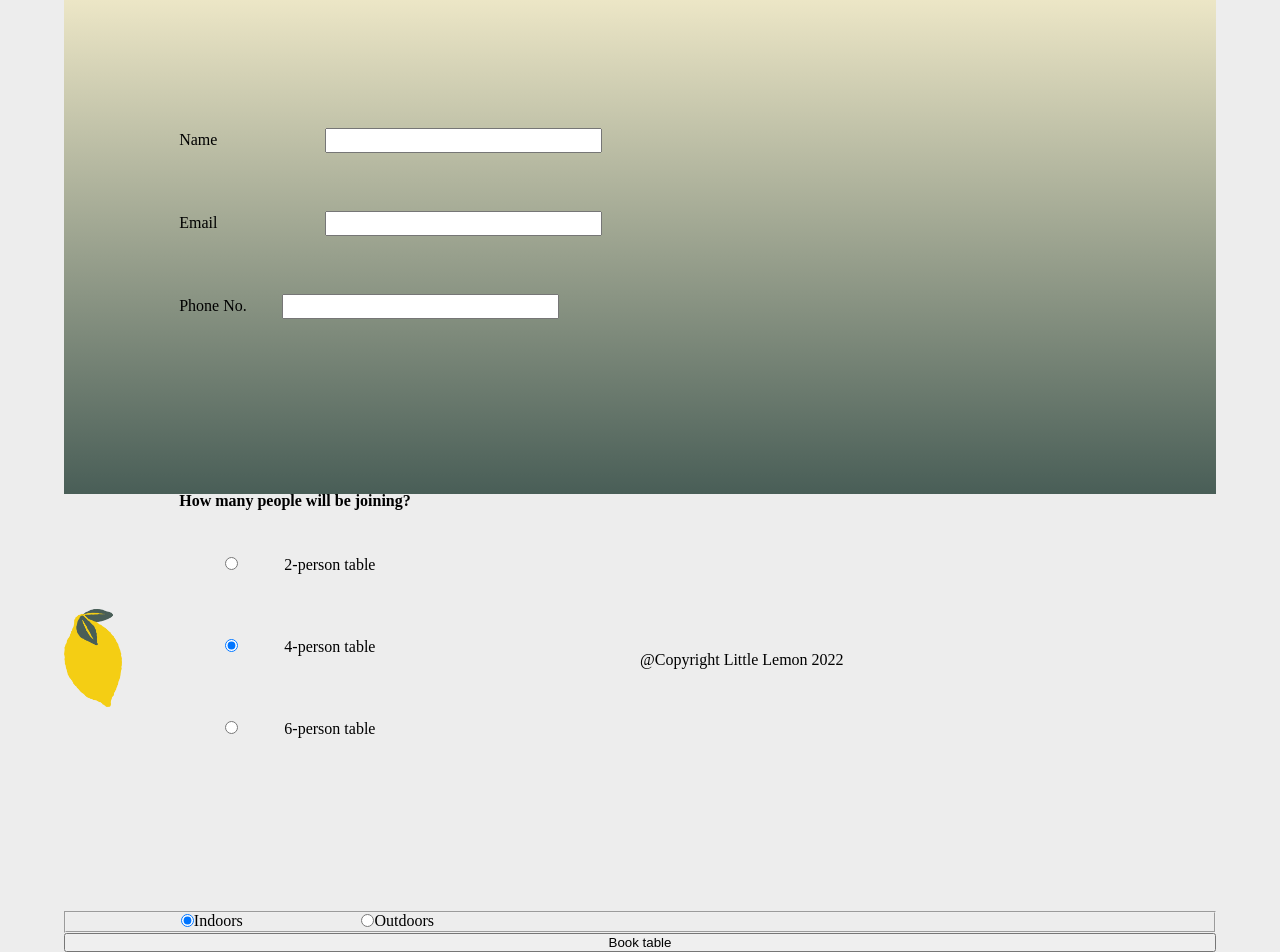
Repository: klone007/littleLemon
Page: index.html
These files come from the project's save history. The page is drawn as it stood at one moment and after a run of saves; the edit follows.
The browser window is 1280 px wide. The pictures show the part of the page from y = 3473 to 4425 px (the page is 4425 px tall).
A picture or video elsewhere on the page could not be fetched, so the positions and the page height are approximate. Backgrounds fixed to the window are drawn as part of the page.

Above is the page before, as saved 2022-11-17 13:37:45.

### index.html
<!DOCTYPE html>
<html lang="en">
<head>
    <meta charset="UTF-8">
    <meta http-equiv="X-UA-Compatible" content="IE=edge">
    <meta name="viewport" content="width=device-width, initial-scale=1.0">
    <title>Little Lemon</title>
    <meta name="author" content="Owned by Maria & Jason">
    <meta name="description" content="Little lemon restaurant">

    <link rel="stylesheet" href="./styles.css">
    <link rel="stylesheet" href="./docs/flickity.css" media="screen">
</head>
<body>
    <script src="./docs/flickity.pkgd.min.js"></script>

<nav class="top-nav navbar-fixed-top">
    <header>
        <a href="#Home">
            <img src="./img/Asset 20@4x.png" alt="logo" />
        </a>
    </header>
    <input id="menu-toggle" type="checkbox" />
    <label class='menu-button-container' for="menu-toggle">
    <div class='menu-button'></div>
  </label>
    <ul class="menu">
        <li><a href="#Home">Home</a></li>
        <li><a href="#Menu">Menu</a></li>
        <li><a href="#mainBook">Book</a></li>
        <li><a href="#About">About</a></li>
    </ul>
</nav>


    <main>
        <h1 id="Home">Our Featured</h1>
        <section class="gallery js-flickity" data-flickity-options='{ "wrapAround": true }'>
            <div class="gallery-cell">
                <img src="https://external-content.duckduckgo.com/iu/?u=https%3A%2F%2Fwww.sightseeingtoursitaly.com%2Fwp-content%2Fuploads%2F2019%2F06%2FFamous-Italian-dishes.jpg&f=1&nofb=1&ipt=5f17ed8798b09670346a59e0c6dda9133987f1fbc826aab0525b9c7dfd5eefc6&ipo=images" alt="" loading="lazy" />
            </div>
            <div class="gallery-cell">
                <img src="https://external-content.duckduckgo.com/iu/?u=https%3A%2F%2Fcdn.websites.hibu.com%2F42205d4164494aec9952633686609fc8%2Fdms3rep%2Fmulti%2Fshutterstock_1048781273.jpg&f=1&nofb=1&ipt=9319afd718bb88107d86b2624e313065a7d3a600e22631227c980300d2d9ea5e&ipo=images" alt="" loading="lazy" />
            </div>
            <div class="gallery-cell">
                <img src="https://external-content.duckduckgo.com/iu/?u=https%3A%2F%2Fdianashealthyliving.com%2Fwp-content%2Fuploads%2F2019%2F09%2FItalian-food-Depositphotos_.jpg&f=1&nofb=1&ipt=6b3899b664b8c8aa324edf4a5f0cf548525f48ccb5f7a4fc71eac060adbfea16&ipo=images" alt="" loading="lazy" />
            </div>
            <div class="gallery-cell">
                <img src="https://external-content.duckduckgo.com/iu/?u=https%3A%2F%2Fwww.lux-review.com%2Fwp-content%2Fuploads%2F2020%2F03%2FPasta-1.jpg&f=1&nofb=1&ipt=236038c1ddcf4aa03c9a1fd1d1489bc57e1f28b597d5af0d285d39a5f3813c10&ipo=images" alt="" />
            </div>
            <div class="gallery-cell">
                <img src="https://external-content.duckduckgo.com/iu/?u=https%3A%2F%2Fthepointsguy.co.uk%2Fwp-content%2Fuploads%2F2020%2F09%2FGettyImages-599272840.jpg&f=1&nofb=1&ipt=aed47e269af3bf5fa11b8c201e77a3612dee3b5e70cd9f18d9500c28e0df9f67&ipo=images" alt="" loading="lazy" />
            </div>
        </section>

        <h1 id="Menu">Menu</h1>
        <section id="mainMenu">
            <article>
                <h3>Dish 1</h3>
                <div>
                    <img src="https://external-content.duckduckgo.com/iu/?u=https%3A%2F%2Fwww.trbimg.com%2Fimg-58b999a4%2Fturbine%2Fct-chicago-modern-classics-food-0308-20170303&f=1&nofb=1&ipt=e55a6103835e539b9ddba910f3aa8f07babc50ec035bc059d606dd24fa5a5659&ipo=images" alt="" />
                    <p>Lorem ipsum dolor sit amet consectetur adipisicing elit. Labore inventore rem quos repellat fugiat consequatur numquam, sapiente aperiam culpa aliquid maiores asperiores! Alias eligendi odit, vero amet aut quia non?</p>
                </div>
            </article>
            <article>
                <h3>Dish 2</h3>
                <div>
                    <img src="https://external-content.duckduckgo.com/iu/?u=https%3A%2F%2Fwww.webivm.com%2Fwp-content%2Fuploads%2F2016%2F12%2FFood-Photos.jpg&f=1&nofb=1&ipt=6a3492d880aad37e76e2c229f1153e1a0fc916bf886f3e4d2b33b8b43cbbb8ba&ipo=images" alt="" />
                    <p>Lorem ipsum dolor sit amet consectetur adipisicing elit. Labore inventore rem quos repellat fugiat consequatur numquam, sapiente aperiam culpa aliquid maiores asperiores! Alias eligendi odit, vero amet aut quia non?</p>
                </div>
            </article>
            <article>
                <h3>Dish 3</h3>
                <div>
                    <img src="https://external-content.duckduckgo.com/iu/?u=https%3A%2F%2Fwww.food-management.com%2Fsites%2Ffood-management.com%2Ffiles%2Fstyles%2Farticle_featured_retina%2Fpublic%2FHawaiiPromo_BU_1.jpg%3Fitok%3Dl8BccNDz&f=1&nofb=1&ipt=f5ae2a2fe3e9c6f5db3d1dd3f7cba8346bc18a211ab68dd1c32996616daafb87&ipo=images" alt="" />
                    <p>Lorem ipsum dolor sit amet consectetur adipisicing elit. Labore inventore rem quos repellat fugiat consequatur numquam, sapiente aperiam culpa aliquid maiores asperiores! Alias eligendi odit, vero amet aut quia non?</p>
                </div>
            </article>
            <article>
                <h3>Dish 4</h3>
                <div>
                    <img src="https://external-content.duckduckgo.com/iu/?u=https%3A%2F%2Fmoroccanfoodtour.com%2Fwp-content%2Fuploads%2F2020%2F05%2FMFT-Tetouan-Food-Tour-5.jpg&f=1&nofb=1&ipt=5d10271906c29c0f482e9af2e71def8f1021706b03ddfc3b13a227a26cf32f92&ipo=images" alt="" />
                    <p>Lorem ipsum dolor sit amet consectetur adipisicing elit. Labore inventore rem quos repellat fugiat consequatur numquam, sapiente aperiam culpa aliquid maiores asperiores! Alias eligendi odit, vero amet aut quia non?</p>
                </div>
            </article>
            <article>
                <h3>Dish 5</h3>
                <div>
                    <img src="https://external-content.duckduckgo.com/iu/?u=https%3A%2F%2Fimg.choice.com.au%2F-%2Fmedia%2Ff738b5b9623b4c90ad0837f98b0ea96b.ashx&f=1&nofb=1&ipt=1635fb9e31ba85f9b28735716f80466546eed1ee7c42d5bcbd6a9909df5d35f2&ipo=images" alt="" />
                    <p>Lorem ipsum dolor sit amet consectetur adipisicing elit. Labore inventore rem quos repellat fugiat consequatur numquam, sapiente aperiam culpa aliquid maiores asperiores! Alias eligendi odit, vero amet aut quia non?</p>
                </div>
            </article>
            <article>
                <h3>Dish 6</h3>
                <div>
                    <img src="https://external-content.duckduckgo.com/iu/?u=https%3A%2F%2Fwww.charlottefashionplate.com%2Fwp-content%2Fuploads%2F2019%2F04%2FFullSizeRender-2019-09-12T093414.937-e1568295666416.jpg&f=1&nofb=1&ipt=a75d703fefdf0bc48c22dafd73ad0c617d56c21db92b64727021d744cfa860a5&ipo=images" alt="" />
                    <p>Lorem ipsum dolor sit amet consectetur adipisicing elit. Labore inventore rem quos repellat fugiat consequatur numquam, sapiente aperiam culpa aliquid maiores asperiores! Alias eligendi odit, vero amet aut quia non?</p>
                </div>
            </article>
        </section>

        <h1 id="About">About</h1>
        <section id="mainAbout">
            <div class="myDIV">
                 <img src="https://external-content.duckduckgo.com/iu/?u=https%3A%2F%2Fst3.depositphotos.com%2F2572561%2F16353%2Fi%2F950%2Fdepositphotos_163534638-stock-photo-two-famous-chefs-discuss-their.jpg&f=1&nofb=1&ipt=b503cf392cbfb92c1189adf6e87bce2d96b5f10e32ff79c8c39acd97c9648224&ipo=images" alt="Little Lemon's chefs" loading="lazy" />
            </div>
            <!-- <div class="hide">
                The image used is stock image from google images.
            </div> -->

            <p>
                Based in Chicago, Illinois, <strong>Little Lemon is a family-owned Mediterranean restaurant</strong>, focused on <strong>traditional recipes served with a
                modern twist.</strong> The chefs draw inspiration from Italian, Greek, and Turkish culture and have a menu of 12–15 items that they rotate
                seasonally. The restaurant has a rustic and relaxed atmosphere with moderate prices, making it a <strong>popular place for a meal any time of
                the day.</strong>
                <br /> <br />
                Little Lemon is <strong>owned by</strong>two Italian brothers, <strong>Mario and Adrian</strong>, who moved to the United States to pursue their shared dream of owning a restaurant.
                To craft the menu, Mario relies on family recipes and his experience as a chef in Italy. Adrian does all the marketing for the restaurant and led the
                effort to expand the menu beyond classic Italian to incorporate additional cuisines from the Mediterranean region.
            </p>
        </section>
        <section id="mainBook">
            <h1>Book</h1>
            <div class="parallax"></div>

            <form class="content" method="post" >

                    <label for="user_Name">Name
                        <input type="text" id="user_Name" name="user_Name" required/>
                    </label>
                    <label for="user_Email">Email
                        <input type="email" id="user_Email" name="user_Email" required/>
                    </label>

                <label for="user_Phone">Phone No.
                    <input type="tel" id="user_Phone" name="user_Phone"/>
                </label>
                <fieldset id="size">
                    <p><strong>How many people will be joining?</strong></p>
                    <label><input type="radio" value="2" name="size" />2-person table</label><br>
                    <label><input type="radio" value="4" name="size" checked/>4-person table</label><br>
                    <label><input type="radio" value="6" name="size" />6-person table</label>
                </fieldset>
                <fieldset id="location">
                    <label><input type="radio" value="indoors" name="location" checked/>Indoors</label>
                    <label><input type="radio" value="outdoors" name="location" />Outdoors</label>
                </fieldset>
                <button type="submit">Book table</button>

            </form>
        </section>
    </main>
    <footer>
        <div >
            <img src="./img/Asset 9@4x.png" alt=""></img>
        </div>
        <div >
            <p>@Copyright Little Lemon 2022</p>
        </div>
    </footer>


</body>
</html>

### styles.css
:root {
    --lemonYelow:#f4ce14;
    --lemonGreen: #495e57;
}


*{
    margin:0;
    padding:0;
    -webkit-box-sizing: border-box;
    box-sizing: border-box;
}

body {
    background-color: #ededed;
    margin-top: 1rem;
    margin-bottom: 1rem;
    margin-left: 5%;
    margin-right: 5%;
}

header  img {
    display: block;
    margin-left: auto;
    margin-right: auto;
    max-width:3rem;
    min-height:3rem;
    animation-duration: 2s;
    animation-name: slideinLeft;
}

.top-nav  ul {
    list-style: none;
    animation-duration: 2s;
    animation-name: slideinRight;
}

.top-nav a {
    text-decoration: none;
    /* color:rgb(252, 227, 8); */
    color:white;
    padding: 10px 30px;
}

.top-nav a:hover {
    color: var(--lemonYelow);
    transform: scale(0.7);
}

.top-nav {
    display: flex;
    flex-direction: row;
    align-items: center;
    justify-content: space-between;
    background-color: #00BAF0;
    /* background: linear-gradient(to left, #214900ef, #ffe5511e); */
    background: linear-gradient(to left, #495e57, #f4cf142c);

    /* W3C, IE 10+/ Edge, Firefox 16+, Chrome 26+, Opera 12+, Safari 7+ */
    color: #FFF;
    height: 50px;
    padding: 1em;
    margin-top: 3%;


  }

  .menu {
    display: flex;
    flex-direction: row;
    list-style-type: none;
    margin: 0;
    padding: 0;
  }

  .menu > li {
    margin: 0 1rem;
    overflow: hidden;
  }

  .menu-button-container {
    display: none;
    height: 100%;
    width: 30px;
    cursor: pointer;
    flex-direction: column;
    justify-content: center;
    align-items: center;
  }

  #menu-toggle {
    display: none;
  }

  .menu-button,
  .menu-button::before,
  .menu-button::after {
    display: block;
    background-color: #fff;
    position: absolute;
    height: 4px;
    width: 30px;
    transition: transform 400ms cubic-bezier(0.23, 1, 0.32, 1);
    border-radius: 2px;
  }

  .menu-button::before {
    content: '';
    margin-top: -8px;
  }

  .menu-button::after {
    content: '';
    margin-top: 8px;
  }

  #menu-toggle:checked + .menu-button-container .menu-button::before {
    margin-top: 0px;
    transform: rotate(405deg);
  }

  #menu-toggle:checked + .menu-button-container .menu-button {
    background: rgba(255, 255, 255, 0);
  }

  #menu-toggle:checked + .menu-button-container .menu-button::after {
    margin-top: 0px;
    transform: rotate(-405deg);
  }

  @media (max-width: 700px) {
    .menu-button-container {
      display: flex;
    }
    .menu {
        z-index:1000;
      position: absolute;
      top: 50px;
      margin-top: 50px;
      left: 0;
      flex-direction: column;
      width: 100%;
      justify-content: center;
      align-items: center;
    }
    #menu-toggle ~ .menu li {
      height: 0;
      margin: 0;
      padding: 0;
      border: 0;
      transition: height 400ms cubic-bezier(0.23, 1, 0.32, 1);
    }
    #menu-toggle:checked ~ .menu li {
      border: 1px solid #333;
      height: 3.5em;
      padding: 0.5em;
      transition: height 400ms cubic-bezier(0.23, 1, 0.32, 1);
    }
    .menu > li {
      display: flex;
      justify-content: center;
      margin: 0;
      padding: 0.5em 0;
      width: 100%;
      color: white;
      background-color: #222;
    }
    .menu > li:not(:last-child) {
      border-bottom: 1px solid #444;
    }
  }

  .navbar-fixed-top{
    position: -webkit-sticky;
    position: sticky;
    top: 0px;
    z-index: 99999;
  }

/* nav {
display: flex;
justify-content: space-between;
}

header > img {
    display: block;
    margin-left: auto;
    margin-right: auto;
    max-width:5rem;
    min-height:5rem;
}

nav  ul {
    list-style: none;
    display: flex;
    justify-content: center;
    align-items: center;

}

nav a:link {
    text-decoration: none;
    color: rgb(5, 107, 5);
    padding: 10px 50px;

}

nav a:hover {
    background-color: green;
    color: antiquewhite;
} */




main  h1 {
    display: flex;
    justify-content: center;
    align-items: center;
    margin-top:5%;
    margin-bottom:3%;
    color:var(--lemonGreen);
    padding-top: 1rem;
}

main  h1:hover{
    /* animation: 1s 1 forwards pulse */
    transform: scale(1.2);
    transition: 0.5s ease-in-out;
}

main img {
    max-width:100%;
    min-height: 100%;
}

.gallery {
    background: #EEE;
    margin-bottom: 5%;
  }

  .gallery-cell {
    width: 50vw;
    height: 30vh;
    margin-left: 10px;
    counter-increment: gallery-cell;
  }

  /* cell number */
  .gallery-cell:before {
    display: block;
    text-align: center;
    content: "";
    line-height: 200px;
    font-size: 80px;
    color: white;
  }



  #mainMenu {
    display: flex;
    flex-wrap: wrap;
    overflow: auto;

}
#mainMenu div {
    display: flex;
    justify-content: center;
    align-items: center;
    gap:2rem;
}

#mainMenu img {
    max-width: 5rem;
    max-height: 5rem;
}
article img:hover {
    transform: scale(4) translate(50%,10%);
    transition: 0.5s ease-in-out;
}

main h3 {
    padding-bottom:1rem
}

main article {
    flex: 1 0 500px;
    box-sizing: border-box;
    margin: 1rem .25em;
    padding:2rem;

    max-width: 25rem;
}

main article:hover {
    color:#f4ce14;
    background-color: var(--lemonGreen);
    box-shadow: inset 0 0 1rem #444;
    border-radius: 5%;
}

@media screen and (min-width: 40em) {
    main article  {
       max-width: calc(50% -  1em);
    }


}

@media screen and (min-width: 60em) {
    main article  {
        max-width: calc(25% - 1em);
    }
}


#mainAbout {
    display: flex;
    flex-direction:column;
    justify-content: center;
    align-items: center;

}

#mainAbout img {
    max-width: 20rem;
    min-height: 20rem;
    margin:5%;
    padding:2rem;
    border-radius: 50%;
    filter:blur(0.5rem) grayscale(100%);
    transition:.5s ease-out;
}
#mainAbout img:hover {
    filter:blur(0rem) grayscale(0%);

}
/* .hide {
    display: none;
    position:absolute;
    left:8%
  } */

  /* .myDIV:hover + .hide {
    display: block;
    color: red;
  } */

#mainAbout p {
    flex: 1 0 500px;
    box-sizing: border-box;
    margin: 1rem .25em;
    padding:1rem;
}

footer {
    display: flex;
    justify-content: center;
    align-items: center;
    margin-top:10%;
}
footer div {
    flex: 1;
}

footer img {
    width:10%;
}
footer img:hover {
    transform:rotate(60deg) ;
   transition: 1s ease;
}



@media screen and (min-width:880px) {

    .gallery-cell {
        width: 70vw;
        height: 70vh;
        margin-left: 10px;
        counter-increment: gallery-cell;
      }

      #mainAbout{
        display: flex;
        justify-content: space-between;
        flex-direction: row;
        margin:1rem;
        gap: 2rem;
    }
    #mainAbout img {
        max-width: 20rem;
        min-height: 20rem;
        margin:5%;
        border-radius: 0;
    }
    #mainAbout p {
        flex: 1 ;
        box-sizing: border-box;
        margin: 1rem .25em;
        padding:1rem;
    }
    article img:hover {
        transform: scale(8) translate(50%,10%);
        transition: 0.5s ease-in-out;
    }

  }




  @keyframes slideinRight {
    from {
      margin-right: -100rem;
      opacity: 0;
    }
    25% {

        margin-right: -10rem;
        opacity: 0.25;
      }
    50% {

    margin-right: -5rem;
    opacity: 0.5;
    }
    75% {

      margin-right: -1rem;
      opacity: 0.75;
    }

    to {
      margin-right: 0rem;
      opacity: 1;
    }
  }


  @keyframes slideinLeft {
    from {
      margin-left: -100rem;
      opacity: 0;

    }

    25% {

    margin-left: -10rem;
    opacity: 0.25;
    }

    50% {

    margin-left: -5rem;
    opacity: 0.5;
    width:50%;
    }
    75% {

    margin-left: -5rem;
    opacity: 0.5;
    width:75%;

    }

    to {
      margin-left: 0rem;
      opacity: 1;
     width:100%;

    }
  }

  .parallax {
    /* The image used */
    background-image: url("https://external-content.duckduckgo.com/iu/?u=https%3A%2F%2Fuplandsouthcandles.com%2Fwp-content%2Fuploads%2F2018%2F07%2F036684.jpg&f=1&nofb=1&ipt=ed1f1ccf7945ddfd3265d2114ec71a6c897354e652921af8277e8d438890888a&ipo=images");

    /* Set a specific height */
    min-height: 500px;

    /* Create the parallax scrolling effect */
    background-attachment: fixed;
    background-position: center;
    background-repeat: no-repeat;
    background-size: cover;
  }

  .content {
    height:1000px;
    background: linear-gradient(#eee20200,#f4cf142c, #495e57);
    display:flex;
    flex-direction: column;
    align-items: stretch;
    padding-top:50%;
}
.content label {
    padding-top:5%;
    padding-left: 10%;
}

#size{
    display: flex;
    flex-direction: column;
    margin: 15% 10%;
    border:0;

}

#size label {
    margin-left:-10% ;
}

input[name=size] {
    margin:0 5%;
}

#user_Name{
    margin-left:10%;
    padding:0.2rem 3rem;
}


#user_Email{
    margin-left:10%;
    padding:0.2rem 3rem;
}

#user_Phone{
    margin-left:3%;
    padding:0.2rem 3rem;
}

### docs/flickity.css
/*! Flickity v2.3.0
https://flickity.metafizzy.co
---------------------------------------------- */

.flickity-enabled {
  position: relative;
}

.flickity-enabled:focus { outline: none; }

.flickity-viewport {
  overflow: hidden;
  position: relative;
  height: 100%;
}

.flickity-slider {
  position: absolute;
  width: 100%;
  height: 100%;
}

/* draggable */

.flickity-enabled.is-draggable {
  -webkit-tap-highlight-color: transparent;
  -webkit-user-select: none;
     -moz-user-select: none;
      -ms-user-select: none;
          user-select: none;
}

.flickity-enabled.is-draggable .flickity-viewport {
  cursor: move;
  cursor: -webkit-grab;
  cursor: grab;
}

.flickity-enabled.is-draggable .flickity-viewport.is-pointer-down {
  cursor: -webkit-grabbing;
  cursor: grabbing;
}

/* ---- flickity-button ---- */

.flickity-button {
  position: absolute;
  background: hsla(0, 0%, 100%, 0.75);
  border: none;
  color: #333;
}

.flickity-button:hover {
  background: white;
  cursor: pointer;
}

.flickity-button:focus {
  outline: none;
  box-shadow: 0 0 0 5px #19F;
}

.flickity-button:active {
  opacity: 0.6;
}

.flickity-button:disabled {
  opacity: 0.3;
  cursor: auto;
  /* prevent disabled button from capturing pointer up event. #716 */
  pointer-events: none;
}

.flickity-button-icon {
  fill: currentColor;
}

/* ---- previous/next buttons ---- */

.flickity-prev-next-button {
  top: 50%;
  width: 44px;
  height: 44px;
  border-radius: 50%;
  /* vertically center */
  transform: translateY(-50%);
}

.flickity-prev-next-button.previous { left: 10px; }
.flickity-prev-next-button.next { right: 10px; }
/* right to left */
.flickity-rtl .flickity-prev-next-button.previous {
  left: auto;
  right: 10px;
}
.flickity-rtl .flickity-prev-next-button.next {
  right: auto;
  left: 10px;
}

.flickity-prev-next-button .flickity-button-icon {
  position: absolute;
  left: 20%;
  top: 20%;
  width: 60%;
  height: 60%;
}

/* ---- page dots ---- */

.flickity-page-dots {
  position: absolute;
  width: 100%;
  bottom: -25px;
  padding: 0;
  margin: 0;
  list-style: none;
  text-align: center;
  line-height: 1;
}

.flickity-rtl .flickity-page-dots { direction: rtl; }

.flickity-page-dots .dot {
  display: inline-block;
  width: 10px;
  height: 10px;
  margin: 0 8px;
  background: #333;
  border-radius: 50%;
  opacity: 0.25;
  cursor: pointer;
}

.flickity-page-dots .dot.is-selected {
  opacity: 1;
}

Loaded but not shown: docs/flickity.pkgd.min.js (library)

After the next 3 saves:
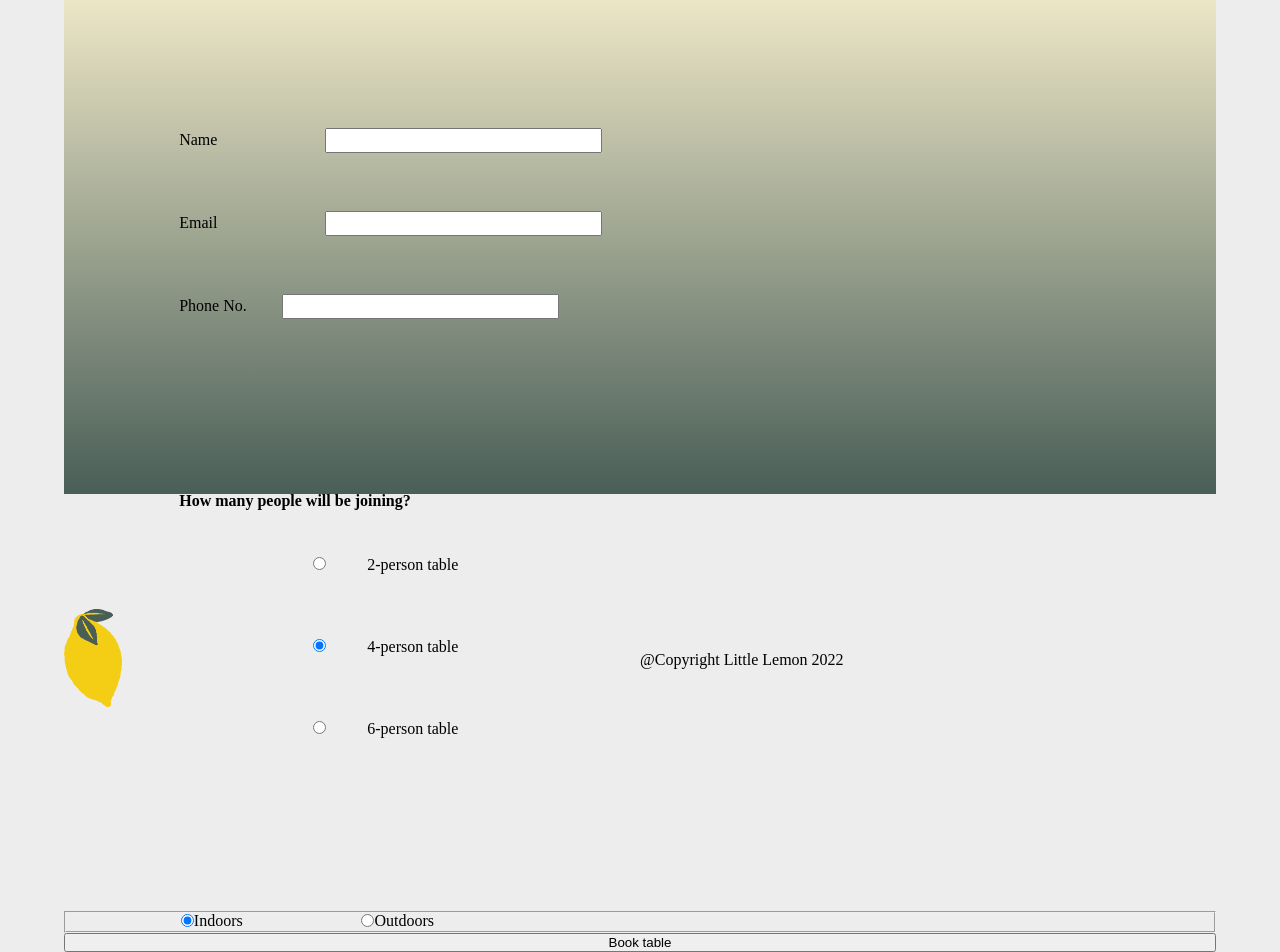
The 3 saves are shown as one change because they came seconds apart.
The last was saved 17 s later.
--- a/styles.css
+++ b/styles.css
@@ -511,7 +511,7 @@
 }
 
 #size label {
-    margin-left:-10% ;
+    margin-left: ;
 }
 
 input[name=size] {
